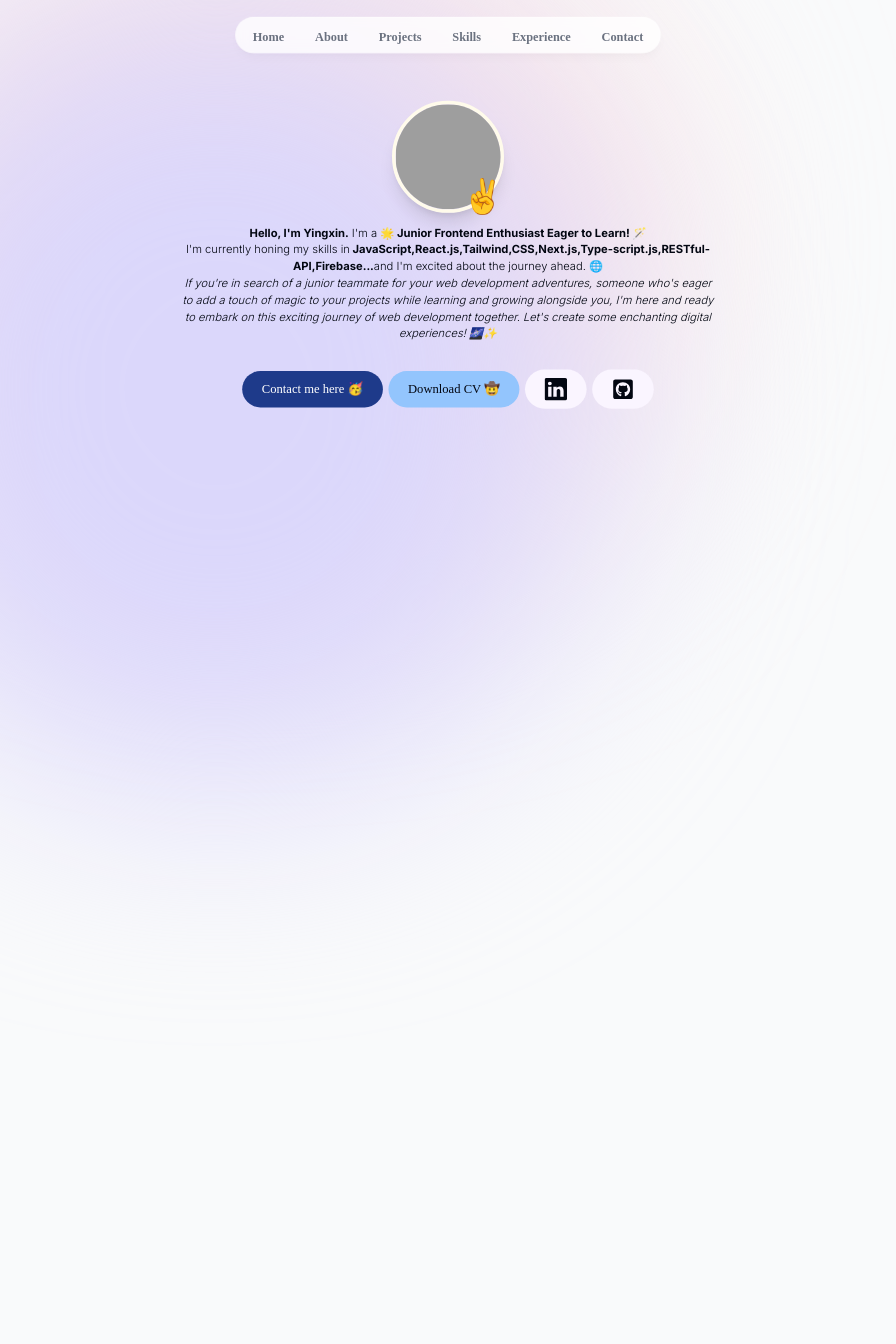
Repository: Tracy-maker/portfolio_website
Page: /
An editor plug-in stored every save of this project. The page is shown before and after the next save, followed by the edit.
The browser window is 1280 px wide. The pictures show the part of the page from y = 0 to 1920 px (the page is 5000 px tall), at 70% of full size.
Pictures or frames that could not be fetched are drawn as grey boxes. The project was rebuilt for these pictures with package versions that can differ from the ones it lists, and the page was loaded fresh each time. The framework's server and built-in components were replaced by stand-ins that run in the browser. Also part of the build but not shown: next.config.js.

Above is the page before, as saved 2023-10-06 11:49:56.

### app/layout.tsx
import Header from "@/components/header";
import "./globals.css";
import type { Metadata } from "next";
import { Inter } from "next/font/google";

const inter = Inter({ subsets: ["latin"] });

export const metadata: Metadata = {
  title: "Yingxin_Zhang | Portfolio",
  description: "Yingxin_Zhang is a front-end developer",
};

export default function RootLayout({
  children,
}: {
  children: React.ReactNode;
}) {
  return (
    <html lang="en">
      <body
        className={`${inter.className} bg-gray-50 text-gray-950 relative h-[5000px] pt-28 sm:pt-36`}
      >
        <div className="bg-[#fbe2e3] absolute top-[-6rem] -z-10 right-[21rem] h-[56.25rem] w-[31.25rem] rounded-full blur-[10rem] sm:w-[68.75rem]"></div>
        <div className="bg-[#dbd7fb] absolute top-[-1rem] -z-10 left-[-45rem] h-[71.25rem] w-[-30rem] rounded-full blur-[10rem] sm:w-[68.75rem] md:left-[-33rem] lg:left-[-28rem] xl:left-[-15rem] 2xl:left-[-5rem]"></div>
        <Header />
        {children}
      </body>
    </html>
  );
}

### app/page.tsx
import Intro from "@/components/intro";
import Image from "next/image";

export default function Home() {
  return (
    <main className="flex flex-col items-center">
      <Intro />
    </main>
  );
}

### components/header.tsx
"use client";
import { motion } from "framer-motion";
import { links } from "@/lib/data";
import Link from "next/link";


export default function Header() {
  return (
    <header className="z-[999] relative">
      <motion.div
        className="fixed top-0 left-1/2 h-[4.5rem] w-full
        rounded-none border border-white border-opacity-40
        bg-white bg-opacity-80 shadow-lg shadow-black/[0.03]
        backdrop-blur-[0.5rem] sm:top-6 sm:h-[3.25rem] sm:w-[38rem] sm:rounded-full"
        initial={{ y: -100, x: "-50%", opacity: 0 }}
        animate={{ y: 0, x: "-50%", opacity: 1 }}
      ></motion.div>

      <nav className="flex font-custom fixed top-[0.15rem] left-1/2 h-12 -translate-x-1/2 py-2 sm:top-[1.7rem] sm:h-[initial] sm:py-0">
        <ul className="flex w-[22rem] flex-wrap items-center justify-center gap-y-1 text-[1.1rem] font-bold text-gray-500 sm:w-[initial] sm:flex-nowrap sm:gap-5">
          {links.map((link) => (
            <motion.li
              className="h-3/4 flex items-center justify-center relative"
              key={link.hash}
              initial={{ y: -100, opacity: 0 }}
              animate={{ y: 0, opacity: 1 }}
            >
              <Link
                className="flex w-full items-center justify-center px-3 py-3 hover:text-gray-950 transition"
                href={link.hash}
              >
                {link.name}
              </Link>
            </motion.li>
          ))}
        </ul>
      </nav>
    </header>
  );
}

### components/intro.tsx
"use client";

import Image from "next/image";
import React from "react";
import { motion } from "framer-motion";
import Link from "next/link";
import { BsLinkedin } from "react-icons/bs";
import { FaGithubSquare } from "react-icons/fa";

export default function Intro() {
  return (
    <section className="mb-28 max-w-[50rem] text-center sm:mb-0 scroll-mt-[100rem]">
      <div className="flex items-center justify-center">
        <div className="relative">
          <motion.div
            initial={{ opacity: 0, scale: 0 }}
            animate={{ opacity: 1, scale: 1 }}
            transition={{
              type: "tween",
              duration: 0.2,
            }}
          >
            <Image
              src="https://i.ibb.co/MRHHtS5/Wechat-IMG7.jpg"
              alt="Personal image"
              width="300"
              height="300"
              quality="90"
              priority={true}
              className="h-40 w-40 rounded-full object-cover border-[0.35rem] border-amber-50 shadow-xl"
            />
          </motion.div>

          <motion.span
            className="absolute bottom-0 right-0 text-5xl"
            initial={{ opacity: 0, scale: 0 }}
            animate={{ opacity: 1, scale: 1 }}
            transition={{
              type: "spring",
              stiffness: 125,
              delay: 0.1,
              duration: 0.7,
            }}
          >
            ✌️
          </motion.span>
        </div>
      </div>
      <motion.h6
        className="mb-10 mt-4 px-4 text-s font-light !leading-[1.5] sm:text-m"
        initial={{ opacity: 0, y: 100 }}
        animate={{ opacity: 1, y: 0 }}
      >
        <span className="font-bold">Hello, I'm Yingxin.</span> I'm a{" "}
        <span className="font-bold">
          🌟 Junior Frontend Enthusiast Eager to Learn! 🪄
        </span>
        <br />
        I'm currently honing my skills in
        <span className="font-bold">
          {" "}
          JavaScript,React.js,Tailwind,CSS,Next.js,Type-script.js,RESTful-API,Firebase...
        </span>
        and I'm excited about the journey ahead. 🌐
        <br />
        <span className="italic">
          If you're in search of a junior teammate for your web development
          adventures, someone who's eager to add a touch of magic to your
          projects while learning and growing alongside you, I'm here and ready
          to embark on this exciting journey of web development together. Let's
          create some enchanting digital experiences! 🌌✨
        </span>
      </motion.h6>

      <motion.div
        className="flex flex-col font-custom sm:flex-row items-center justify-center gap-2 px-4 text-lg font-medium"
        initial={{ opacity: 0, y: 100 }}
        animate={{ opacity: 1, y: 0 }}
        transition={{ delay: 0.1 }}
      >
        <Link
          href="#contact"
          className="bg-blue-900 text-white px-7 py-3 flex items-center gap-2 rounded-full outline-none focus:scale-105 hover:scale-110 hover:bg-gray-700 active:scale-95 transition"
        >
          Contact me here 🥳
        </Link>
        <a className="group bg-blue-300 px-7 py-3 flex items-center gap-2 rounded-full outline-none focus:scale-110 hover:scale-110 active:scale-105 transition cursor-pointer">
          Download CV 🤠
        </a>
        <a className="bg-purple-50 px-7 py-3 flex items-center gap-2 rounded-full text-[2rem]">
          <BsLinkedin />
        </a>
        <a className="bg-purple-50 px-7 py-3 flex items-center gap-2 rounded-full text-[2rem]">
          <FaGithubSquare />
        </a>
      </motion.div>
    </section>
  );
}

### lib/data.ts
import React from "react";
import { CgWorkAlt } from "react-icons/cg";
import { FaReact } from "react-icons/fa";
import { LuGraduationCap } from "react-icons/lu";
import p1Img from "@/public/p1.png";
import p2Img from "@/public/p2.png";
import p3Img from "@/public/p3.png";

export const links = [
  {
    name: "Home",
    hash: "#home",
  },
  {
    name: "About",
    hash: "#about",
  },
  {
    name: "Projects",
    hash: "#projects",
  },
  {
    name: "Skills",
    hash: "#skills",
  },
  {
    name: "Experience",
    hash: "#experience",
  },
  {
    name: "Contact",
    hash: "#contact",
  },
] as const;

export const experiencesData = [
  {
    title: "Graduated bootcamp",
    location: "Miami, FL",
    description:
      "I graduated after 6 months of studying. I immediately found a job as a front-end developer.",
    icon: React.createElement(LuGraduationCap),
    date: "2019",
  },
  {
    title: "Front-End Developer",
    location: "Orlando, FL",
    description:
      "I worked as a front-end developer for 2 years in 1 job and 1 year in another job. I also upskilled to the full stack.",
    icon: React.createElement(CgWorkAlt),
    date: "2019 - 2021",
  },
  {
    title: "Full-Stack Developer",
    location: "Houston, TX",
    description:
      "I'm now a full-stack developer working as a freelancer. My stack includes React, Next.js, TypeScript, Tailwind, Prisma and MongoDB. I'm open to full-time opportunities.",
    icon: React.createElement(FaReact),
    date: "2021 - present",
  },
] as const;

export const projectsData = [
  {
    title: "CorpComment",
    description:
      "I worked as a full-stack developer on this startup project for 2 years. Users can give public feedback to companies.",
    tags: ["React", "Next.js", "MongoDB", "Tailwind", "Prisma"],
    imageUrl: p1Img,
  },
  {
    title: "rmtDev",
    description:
      "Job board for remote developer jobs. I was the front-end developer. It has features like filtering, sorting and pagination.",
    tags: ["React", "TypeScript", "Next.js", "Tailwind", "Redux"],
    imageUrl: p2Img,
  },
  {
    title: "Word Analytics",
    description:
      "A public web app for quick analytics on text. It shows word count, character count and social media post limits.",
    tags: ["React", "Next.js", "SQL", "Tailwind", "Framer"],
    imageUrl: p3Img,
  },
] as const;

export const skillsData = [
  "HTML",
  "CSS",
  "JavaScript",
  "TypeScript",
  "React",
  "Next.js",
  "Git",
  "MUI-material",
  "Tailwind",
  "REST-API",
  "PostgreSQL",
  "Framer Motion",
] as const;

### tailwind.config.ts
import type { Config } from 'tailwindcss'

const config: Config = {
  content: [
    './pages/**/*.{js,ts,jsx,tsx,mdx}',
    './components/**/*.{js,ts,jsx,tsx,mdx}',
    './app/**/*.{js,ts,jsx,tsx,mdx}',
  ],
  theme: {
    extend: {
      backgroundImage: {
        'gradient-radial': 'radial-gradient(var(--tw-gradient-stops))',
        'gradient-conic':
          'conic-gradient(from 180deg at 50% 50%, var(--tw-gradient-stops))',
      },
      fontFamily: {
        custom: ["Gabarito", "cursive"],
      },
    },
  },
  plugins: [],
}
export default config

Loaded but not shown: app/globals.css (common file)

After the next save:
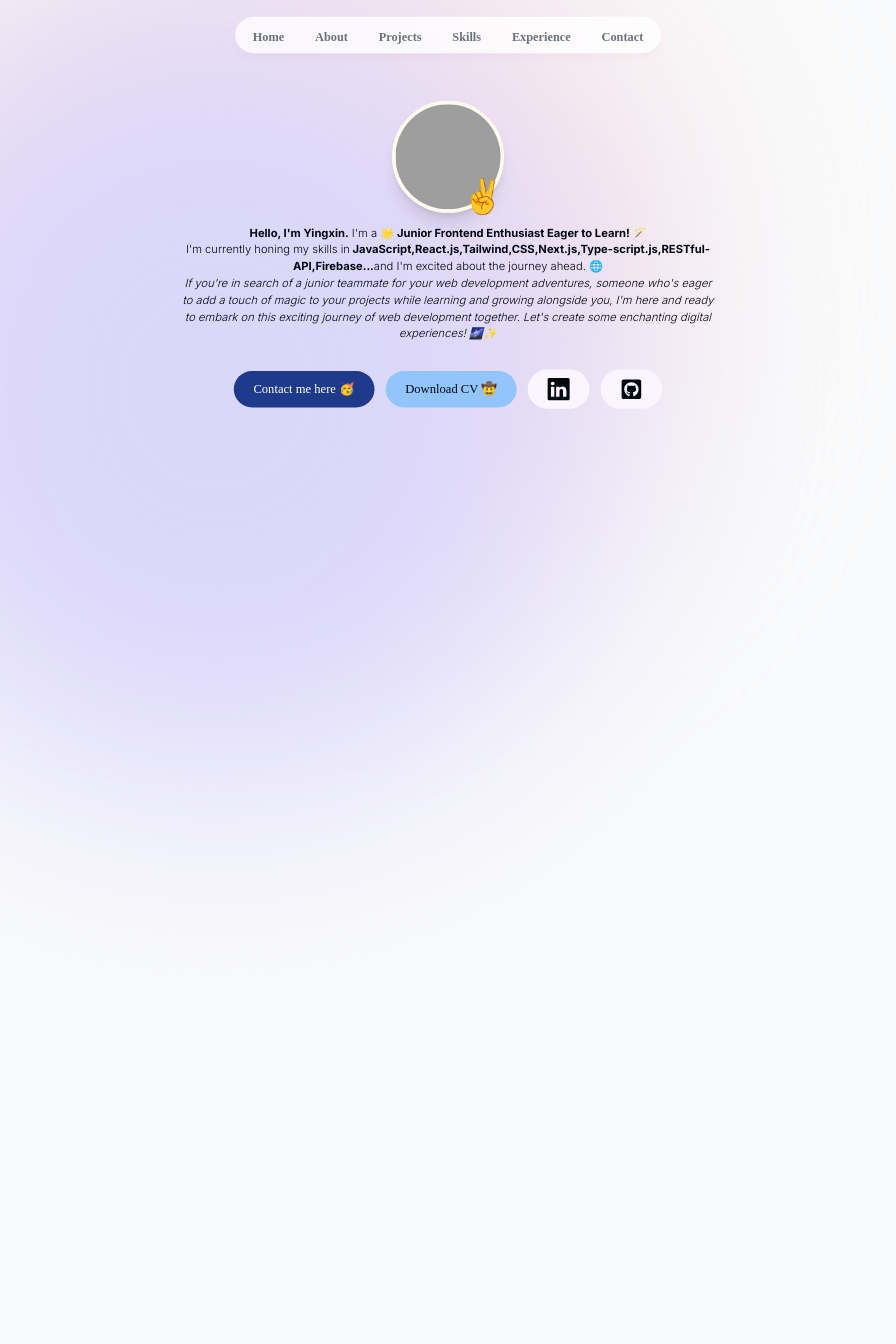
Saved 27 s later.
--- a/components/intro.tsx
+++ b/components/intro.tsx
@@ -73,7 +73,7 @@ export default function Intro() {
       </motion.h6>
 
       <motion.div
-        className="flex flex-col font-custom sm:flex-row items-center justify-center gap-2 px-4 text-lg font-medium"
+        className="flex flex-col font-custom gap-4 sm:flex-row items-center justify-center gap-2 px-4 text-lg font-medium"
         initial={{ opacity: 0, y: 100 }}
         animate={{ opacity: 1, y: 0 }}
         transition={{ delay: 0.1 }}
